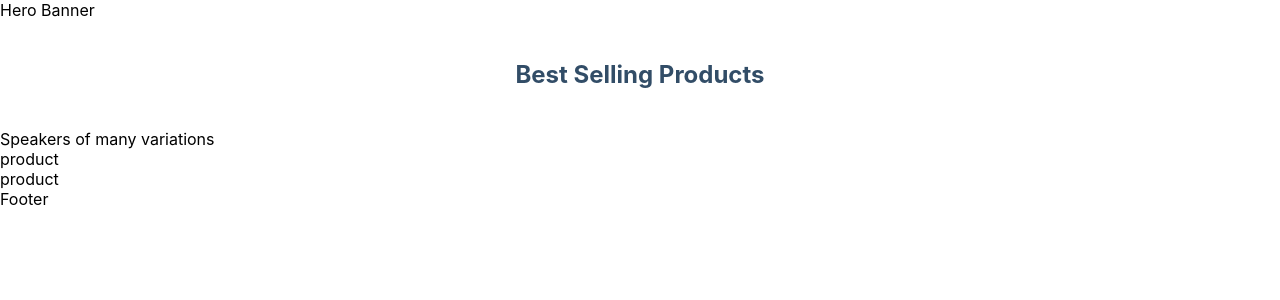
Repository: brandford7/myshop
Page: /
An editor plug-in stored every save of this project. The page is shown before and after the next save, followed by the edit.
The browser window is 1280 px wide. The pictures show the whole page.
The project was rebuilt for these pictures with package versions that can differ from the ones it lists, and the page was loaded fresh each time. The framework's server and built-in components were replaced by stand-ins that run in the browser. Also part of the build but not shown: next.config.js.

Above is the page before, as saved 2022-06-24 16:46:55.

After the next save:
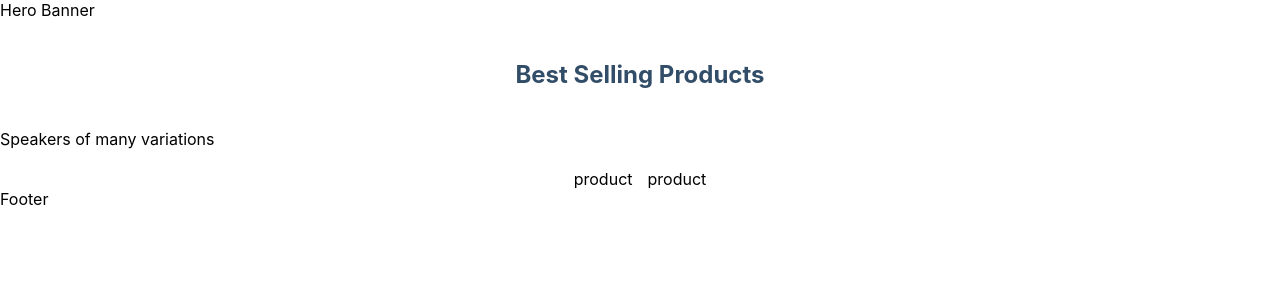
Saved 8 s later.
--- a/pages/index.js
+++ b/pages/index.js
@@ -7,7 +7,7 @@ export default function Home() {
         <h2 className="products-heading">Best Selling Products</h2>
         <p>Speakers of many variations</p>
       </div>
-      <div className=''>
+      <div className='products-container'>
         {["product1", "product2"].map((product) => (
           <div key='index'>product</div>
         ))}
